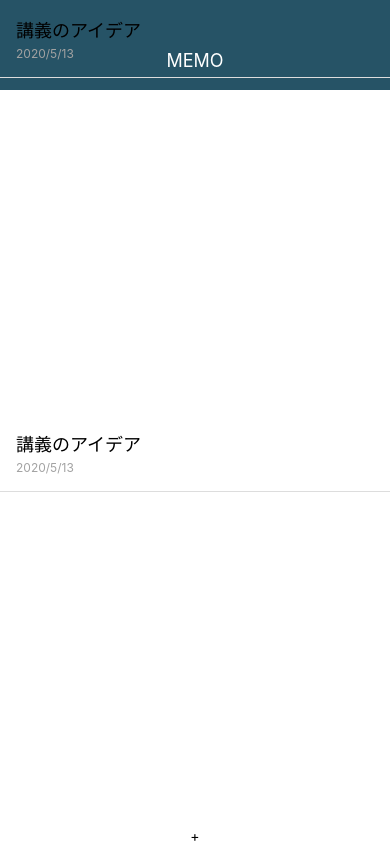
Repository: NagataRyuji0630/memo_app_for_reactNative
Page: /
The author's editor kept a copy of each file at every save. The page is drawn from the files as they stood at one save, then again after the next save.
The browser window is 390 px wide. The pictures show the whole page.
The app was drawn by React Native's web renderer in a window 390 px wide. The project was rebuilt for these pictures with package versions that can differ from the ones it lists, and the page was loaded fresh each time.

Above is the page before, as saved 2020-05-14 07:54:09.

After the next save:
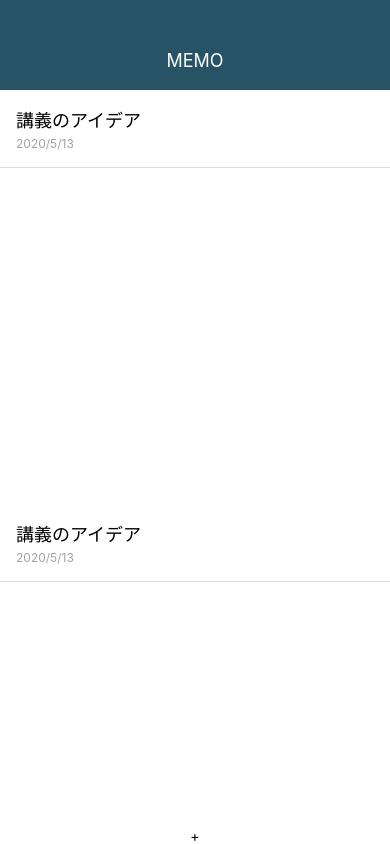
Saved 69 s later.
--- a/App.js
+++ b/App.js
@@ -58,6 +58,7 @@ const styles = StyleSheet.create({
   memoList: {
     width: '100%',
     flex: 1,
+    paddingTop: 90,
   },
   memoListItem: {
     padding: 16,
